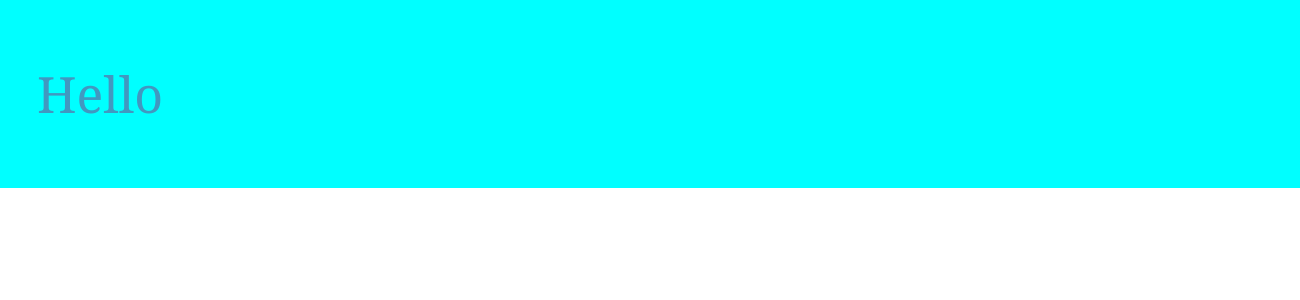
Repository: stephen-anaba/flight-reservation-system-prototype
Page: / (app in frontend/)
An editor plug-in stored every save of this project. The page is shown before and after the next save, followed by the edit.
The browser window is 1280 px wide. The page is 1300 px wide, then 1290 px, so the pictures cover 1300 px, including what lies to the right of the window. The pictures show the whole page.
The project was rebuilt for these pictures with package versions that can differ from the ones it lists, and the page was loaded fresh each time.

Above is the page before, as saved 2026-05-08 11:08:44.

After the next save:
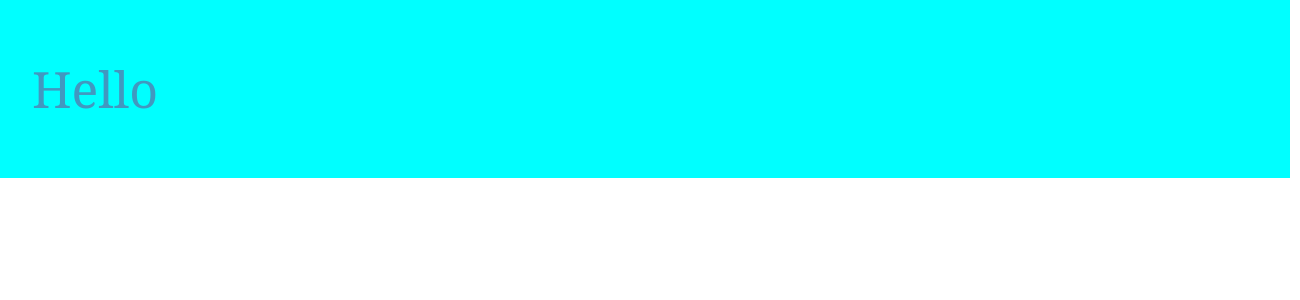
Saved 12 s later.
--- a/frontend/src/components/styles.css
+++ b/frontend/src/components/styles.css
@@ -12,7 +12,7 @@ body {
     top: 0px;
     width: 100%;
     margin: 0px;
-    padding: 10px;
+    padding: 5px;
     background-color: aqua;
     color: rgb(65, 152, 192);
 }
